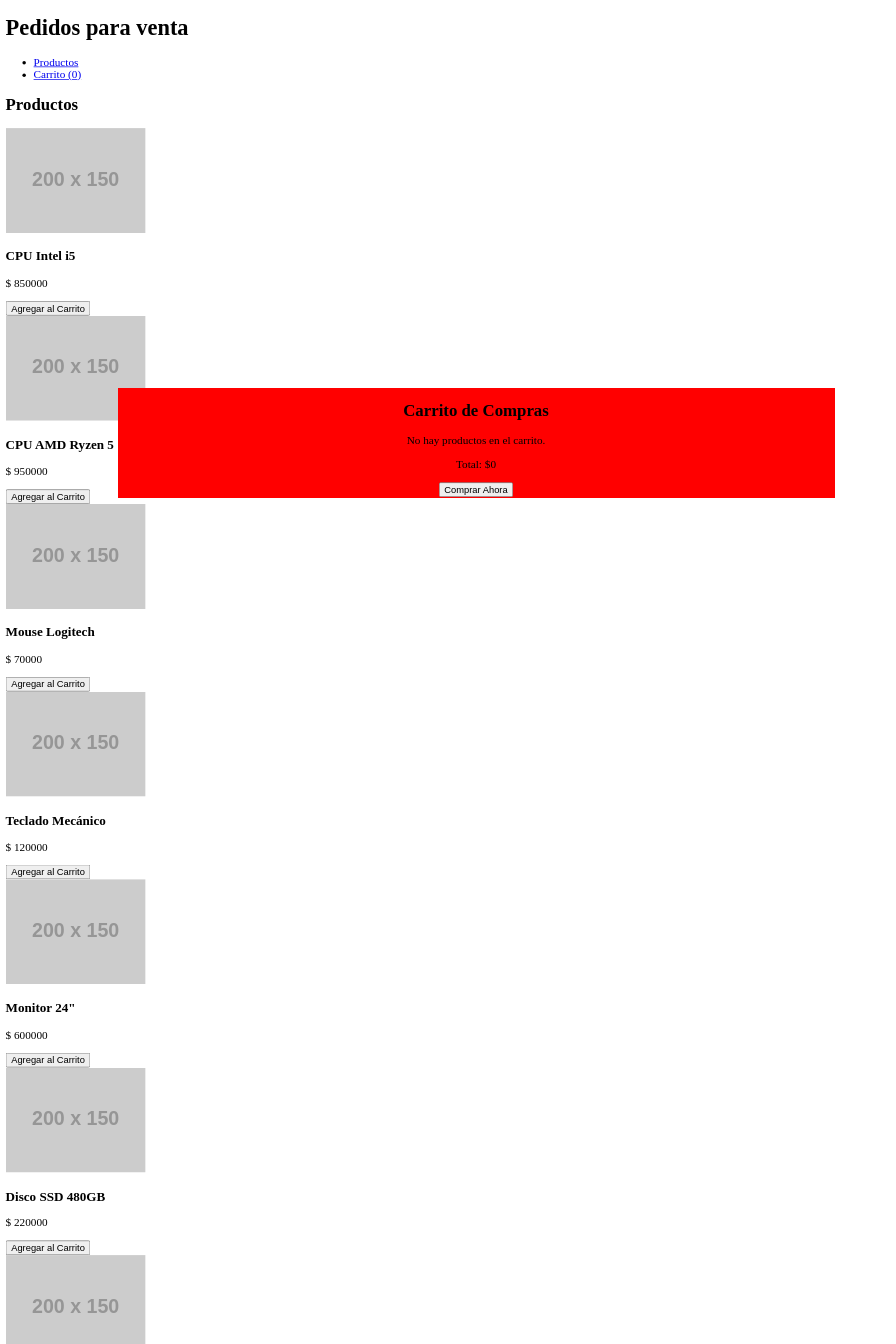
Repository: ye909/RAVPIP
Page: src/templei/ventasPortatil.html
An editor plug-in stored every save of this project. The page is shown before and after the next save, followed by the edit.
The browser window is 1280 px wide. The pictures show the part of the page from y = 0 to 1920 px (the page is 8244 px tall), at 70% of full size.

Above is the page before, as saved 2025-04-10 08:07:15.
Console error: ReferenceError: updateCart is not defined

After the next save:
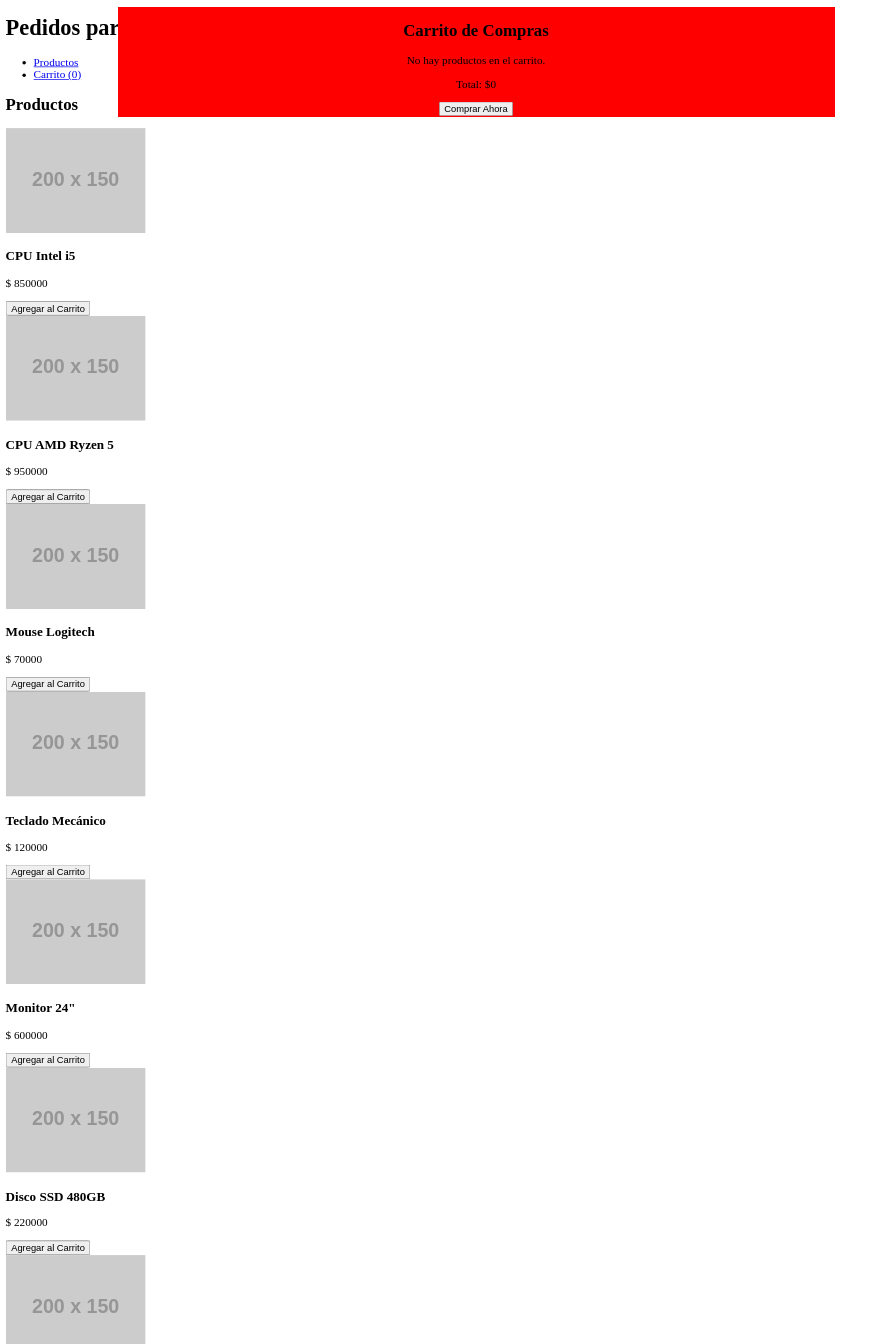
Saved 10 s later.
--- a/src/css/ventas.css
+++ b/src/css/ventas.css
@@ -104,7 +104,7 @@ body {
   } */
   .carrito{
     position: fixed;
-    bottom: 10px;
+    top: 10px;
  text-align: center;
    background:red;
    width:80%;
